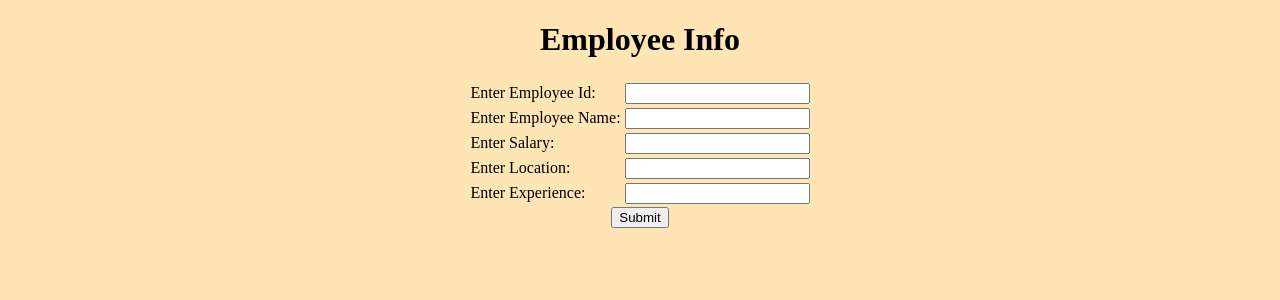
Repository: sravaninallapati1/java1
Page: http://localhost/JSP/reg.jsp
The author's editor kept a copy of each file at every save. The page is drawn from the files as they stood at one save, then again after the next save.
The browser window is 1280 px wide. The pictures show the whole page.
The page is served by Tomcat 9.

Above is the page before, as saved 2016-12-22 16:51:37.

After the next save:
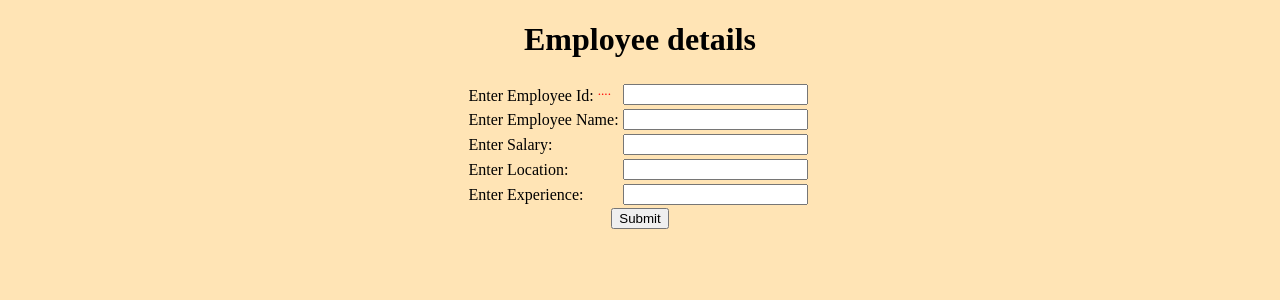
Saved 81 min 42 s later.
--- a/JSP/WebContent/reg.jsp
+++ b/JSP/WebContent/reg.jsp
@@ -3,7 +3,11 @@
 <!DOCTYPE html PUBLIC "-//W3C//DTD HTML 4.01 Transitional//EN" "http://www.w3.org/TR/html4/loose.dtd">
 <html>
 <head>
-<script>
+<meta http-equiv="Content-Type" content="text/html; charset=ISO-8859-1">
+<title>Insert title here</title>
+
+<script type "text/javascripit">
+
 function validation()
 {
 
@@ -14,25 +18,33 @@ if(employeeId==" "||employeeId==null)
 	document.getElementById("error").innerHTML="please enter id";
 	return false;
 	}
-
+else
 	return true;
 
+	}function clearFiled()
+	{
+		document.getElementById("error")
 	}
+
 </script>
-<meta http-equiv="Content-Type" content="text/html; charset=ISO-8859-1">
-<title>Insert title here</title>
+<style type ="text/css">
+#dot{
+color:red;
+}
+</style>
 </head>
-<body>
 <body style="background-color:Moccasin">
 <div align="center">
-<h1>Employee Info</h1>
+<h1>Employee details</h1>
 
 <form action="insertServlet" method="post">
 
  <table>
     <tr>
-      <td>Enter Employee Id:</td>
-      <td><input type="text" name="employeeId" /></td>
+      <td>Enter Employee Id:
+      <sup id="dot">.... </sup></td>
+      <td><input type="text" name="employeeId" id= "employeeid" onkeypress="return clearField()"/></td>
+      <td><span id="error"></span></td>
     </tr>
 
     <tr>
